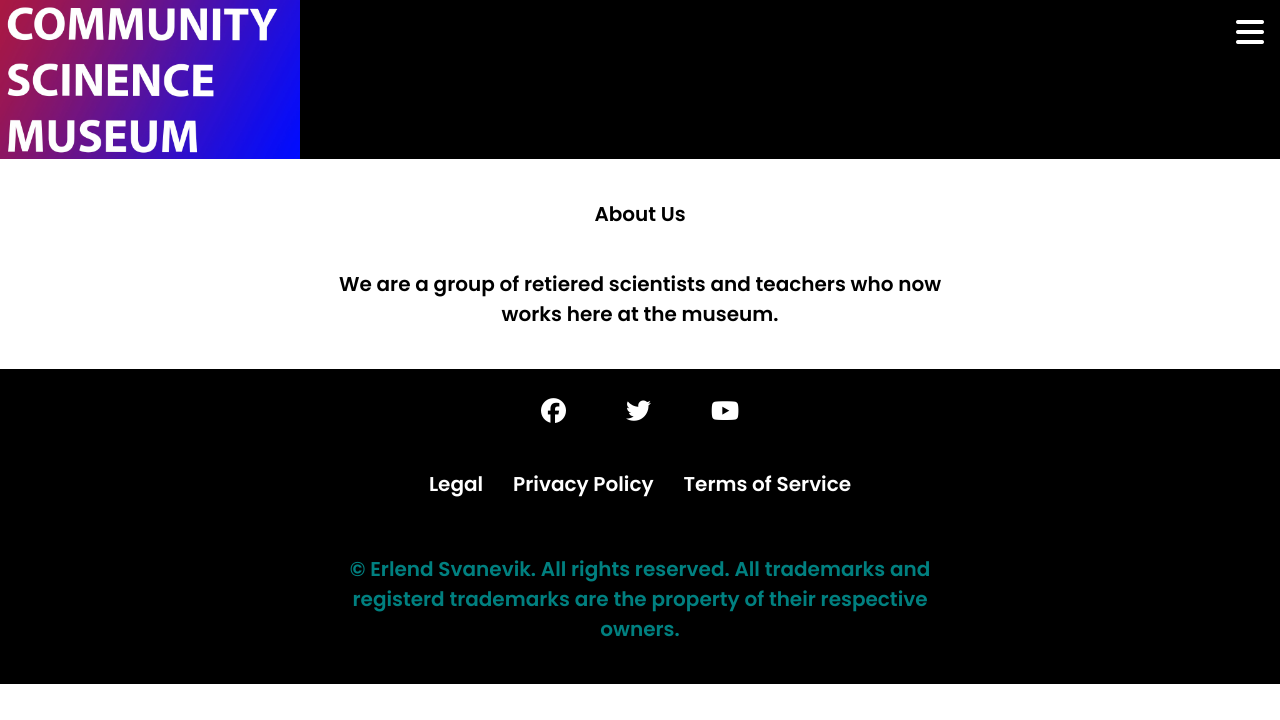
Repository: EpleWasTaken/Semester-Project
Page: about.html
An editor plug-in stored every save of this project. The page is shown before and after the next save, followed by the edit.
The browser window is 1280 px wide. The pictures show the whole page.
Some web libraries are served in a nearby version.

Above is the page before, as saved 2020-12-04 17:23:03.

### about.html
<!DOCTYPE html>
<html lang="en">
<head>
    <meta charset="UTF-8">
    <meta name="viewport" content="width=device-width, initial-scale=1.0">
    <meta name="keywords" content="museum, science museum, community museum">
    <meta name="author" content="Erlend Molvik Svanevik">
    <title>CMS About</title>

    <link rel="preconnect" href="https://fonts.gstatic.com">
    <link href="https://fonts.googleapis.com/css2?family=Poppins:ital,wght@0,100;0,200;0,300;0,400;0,500;0,600;1,100;1,200;1,300;1,400;1,500;1,600&display=swap" rel="stylesheet">
    <link rel="stylesheet" href="./css/styles.css">
    <link rel="stylesheet" href="./css/footer.css">
    <link rel="stylesheet" href="/css/hamburger.css">
    <script src="https://kit.fontawesome.com/cafca22d75.js" crossorigin="anonymous"></script>
</head>


<!--NAVIGAION, LOGO AND SEARCH BAR-->


<body>
    <header>
        <div class="logo-container">
            <a href="index.html" aria-label="Go to frontpage">
                <img src="/Images/CommunityScienceMuseum.jpg" class="logo" alt="Community Science Museum logo">
            </a>
        </div>
        <label class="hamburger-menu" for="hamburger-menu" aria-label="Hamburger menu for navigation"><i class="fas fa-bars fa-2x"></i></label>
        <input type="checkbox" id="hamburger-menu">
        <nav>
            <div class="nav-container">
                <ul>
                    <h2>Menu</h2>
                    <li><a href="index.html" aria-label="Go to home page">Home</a></li>
                    <li><a href="visit.html" aria-label="Go to the visit page">Visit</a></li>
                    <li><a href="to-see-and-do.html" aria-label="Go to: To see and do">To see and do</a></li>
                    <li><a href="contact.html" aria-label="Go to the contact page">Contact</a></li>
                    <li><a href="about.html" aria-label="Go to the about page">About</a></li>
                </ul>
            </div>
        </nav>
    </header>


<main>
    <div class="about-container">
        <div class="about-page">
            <h2>About Us</h2>
            <p>We are a group of retiered scientists and teachers who now works here at the museum.</p>
</main>





<!--FOOTER, TOS/LEGAL/PRIVACY-POLICY AND SOCIALS-->


    <footer class="footer">
        <div class="footer-container">
            <ul class="footer-social">
                <li>
                    <a href="#0" class="facebook"><i class="fab fa-facebook"></i></a>
                </li>
                <li>
                    <a href="#0" class="twitter"><i class="fab fa-twitter"></i></a>
                </li>
                <li>
                    <a href="#0" class="youtube"><i class="fab fa-youtube"></i></a>
                </li>
            </ul>
        </div>
        <div class="footer-container">
            <div class="footer-legal">
                <a href="#0">Legal</a>
                <a href="#0">Privacy Policy</a>
                <a href="#0">Terms of Service</a>
            </div>
            <div class="footer-copyright">
                <p>&copy; Erlend Svanevik. All rights reserved. All trademarks and registerd trademarks are the property of
                   their respective owners.
                </p>
            </div>
        </div>
    </footer>
</body>
</html>

### css/styles.css
* {
	margin: 0px;
	padding: 0px;
	box-sizing: border-box;
}

body {
	font-family: 'poppins', sans seriff;
	background-color: white;
}

header {
	display: flex;
	background-color: black;
}

.logo {
	max-width: 125px;
}

.logo-container {
	height: 66.41px;
}

/* NAVIGATION/HAMBURGER MENU/CLICKEBLE
-------------------------------------------*/

/*PICTURES
-----------------------------------------------*/

.homepic {
	width: auto;
	max-width: 100%;
	height: auto;
}

/*TEXT/FONT/TEXT ALIGNMENY
--------------------------------------------------*/

h1 {
	display: flex;
	align-items: center;
	justify-content: center;
	margin-left: auto;
	margin-right: auto;
	font-weight: 600;
	font-size: 30px;
	margin: 40px;
	text-align: center;
}

h3 {
	display: flex;
	align-items: center;
	justify-content: center;
	font-weight: 600;
	font-size: 20px;
	margin: 40px;
	text-align: center;
}

h2 {
	display: flex;
	align-items: center;
	justify-content: center;
	margin-left: auto;
	margin-right: auto;
	font-weight: 600;
	font-size: 20px;
	margin: 40px;
	text-align: center;
}

p {
	display: flex;
	align-items: center;
	justify-content: center;
	font-weight: 600;
	font-size: 15px;
	margin: 40px;
	max-width: 70%;
	margin-left: auto;
	margin-right: auto;
	text-align: center;
}

.open-hours p {
	margin: 20px;
	margin-left: auto;
	margin-right: auto;
	align-items: center;
	justify-content: center;
	text-align: center;
}

.footer-copyright {
	display: flex;
	flex-direction: column;
	justify-content: center;
	align-items: center;
	text-align: center;
}

.contact-container {
	display: flex;
	flex-direction: row;
	align-items: center;
}

.mail {
	display: flex;
	justify-content: center;
	align-items: center;
}

@media screen and (min-width: 1024px) {
	header {
		height: 159.38px;
	}

	.logo {
		display: flex;

		max-width: 300px;
	}

	.homepic {
		display: flex;
		flex-direction: column;
		justify-content: center;
		align-items: center;
		max-width: 1664px;
		margin-left: auto;
		margin-right: auto;
	}

	h1 {
		display: flex;
		align-items: center;
		justify-content: center;
		font-family: 'poppins', sans-serif;
		font-weight: 600;
		font-size: 60px;
		margin: 40px;
	}

	p {
		display: flex;
		align-items: center;
		justify-content: center;
		font-family: 'poppins', sans-serif;
		font-weight: 600;
		font-size: 20px;
		margin: 40px;
		max-width: 50%;
		margin-left: auto;
		margin-right: auto;
	}

	h3 {
		display: flex;
		align-items: center;
		justify-content: center;
		font-family: 'poppins', sans-serif;
		font-weight: 600;
		font-size: 40px;
		margin: 40px;
	}
}

### css/footer.css
/* FOOTER */

* {
	padding: 0;
	margin: 0;
	box-sizing: border-box;
}

footer {
	display: flex;
	flex-direction: column;
	justify-content: center;
	align-items: center;
	background-color: black;
	font-family: 'Poppins', sans-serif;
	font-weight: 600;
}

.footer-container {
	display: flex;
	flex-direction: column;
	justify-content: center;
	align-items: center;
}

.footer-social {
	font-size: 35px;
}

.footer-social li a {
	color: white;
}

.footer-legal {
	display: flex;
	flex-direction: column;
	text-decoration: none;
	align-items: center;
	justify-content: center;
	font-size: 20px;
}

.footer-legal a {
	display: flex;
	text-decoration: none;
	flex-direction: column;
	padding: 15px;
}

.footer-social li a.facebook:hover {
	color: #3b5998;
}

.footer-social li a.twitter:hover {
	color: #00acee;
}

.footer-social li a.youtube:hover {
	color: #c4302b;
}

.footer-legal a {
	color: white;
}

.footer-legal a:hover {
	color: #021859;
}

.footer-copyright {
	display: flex;
	flex-direction: column;
	text-decoration: none;
	font-size: 14px;
	color: teal;
}

ul {
	list-style: none;
}

@media screen and (min-width: 1024px) {
	.footer-legal {
		display: flex;
		flex-direction: row;
		justify-content: center;
		align-items: center;
	}

	.footer-legal a {
		display: flex;
		flex-direction: row;
		justify-content: center;
		align-items: center;
		padding: 15px;
	}

	.footer-social {
		display: flex;
		flex-direction: row;
		justify-content: center;
		align-items: center;
		text-decoration: none;
	}

	.footer-container {
		text-decoration: none;
	}

	.footer-social li {
		display: flex;
		flex-direction: row;
		text-decoration: none;
		margin: 15px;
	}
}

### css/hamburger.css
* {
	margin: 0;
	padding: 0;
	box-sizing: border-box;
}

nav {
	display: none;
}

label.hamburger-menu {
	display: block;
	height: 48px;
	padding: 16px;
	position: absolute;
	right: 0;
	top: 0;
	color: white;
	z-index: 1;
}

.nav-container {
	display: flex;
	flex-direction: column;
	align-items: center;
	position: fixed;
	top: 0;
	right: 0;
	background-color: black;
	width: 100%;
	height: 100vh;
	justify-content: center;
}

ul a {
	display: flex;
	text-decoration: none;
	font-size: 25px;
	justify-content: space-between;
	list-style-type: none;
	color: white;
	margin: 15px;
	font-weight: 400;
	align-items: center;
}

ul h2 {
	display: flex;
	text-decoration: underline;
	font-size: 35px;
	justify-content: space-between;
	list-style-type: none;
	color: white;
	margin: 25px;
	font-weight: 600;
	align-items: center;
}

ul {
	display: flex;
	flex-direction: column;
	justify-content: center;
	align-items: center;
}

#hamburger-menu {
	display: none;
}

#hamburger-menu:checked ~ nav {
	display: block;
}

@media screen and (min-width: 1024px) {
	.hamburger-menu {
		display: none;
	}
}

After the next save:
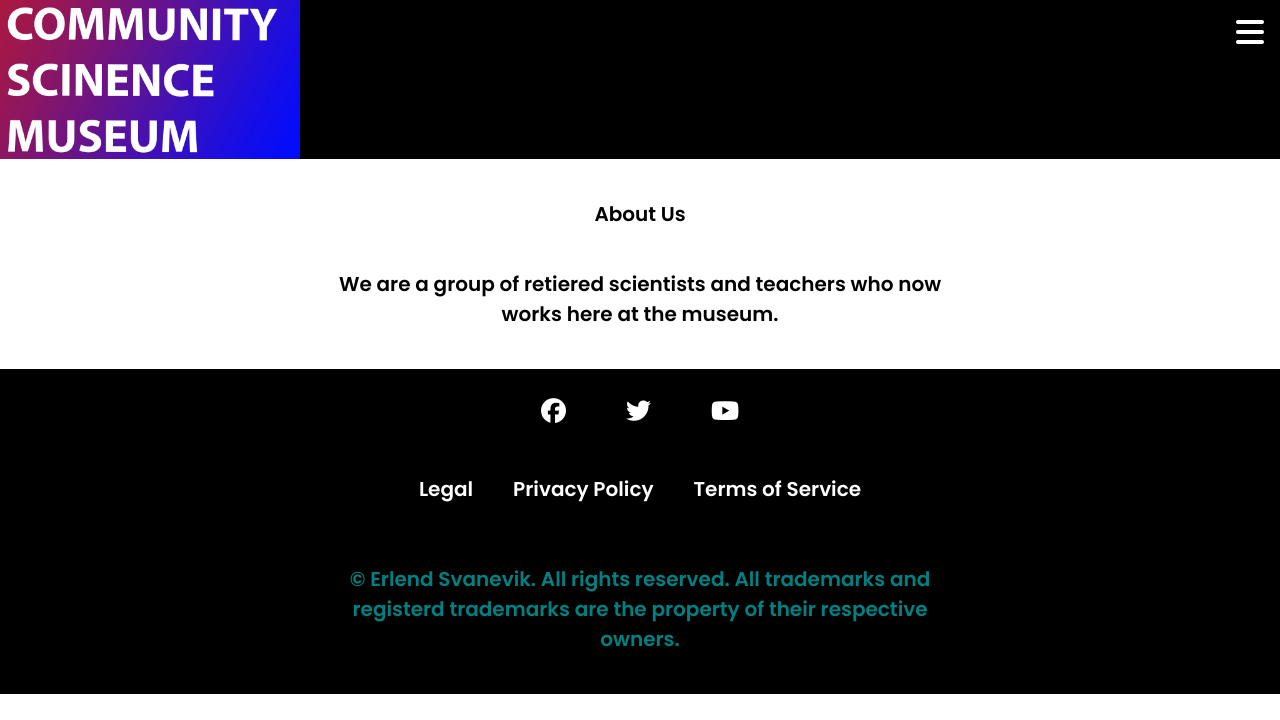
Saved 67 min 56 s later.
--- a/css/footer.css
+++ b/css/footer.css
@@ -43,7 +43,7 @@ footer {
 .footer-legal a {
 	display: flex;
 	text-decoration: none;
-	flex-direction: column;
+	flex-direction: row;
 	padding: 15px;
 }
 
@@ -92,7 +92,7 @@ ul {
 		flex-direction: row;
 		justify-content: center;
 		align-items: center;
-		padding: 15px;
+		padding: 20px;
 	}
 
 	.footer-social {
